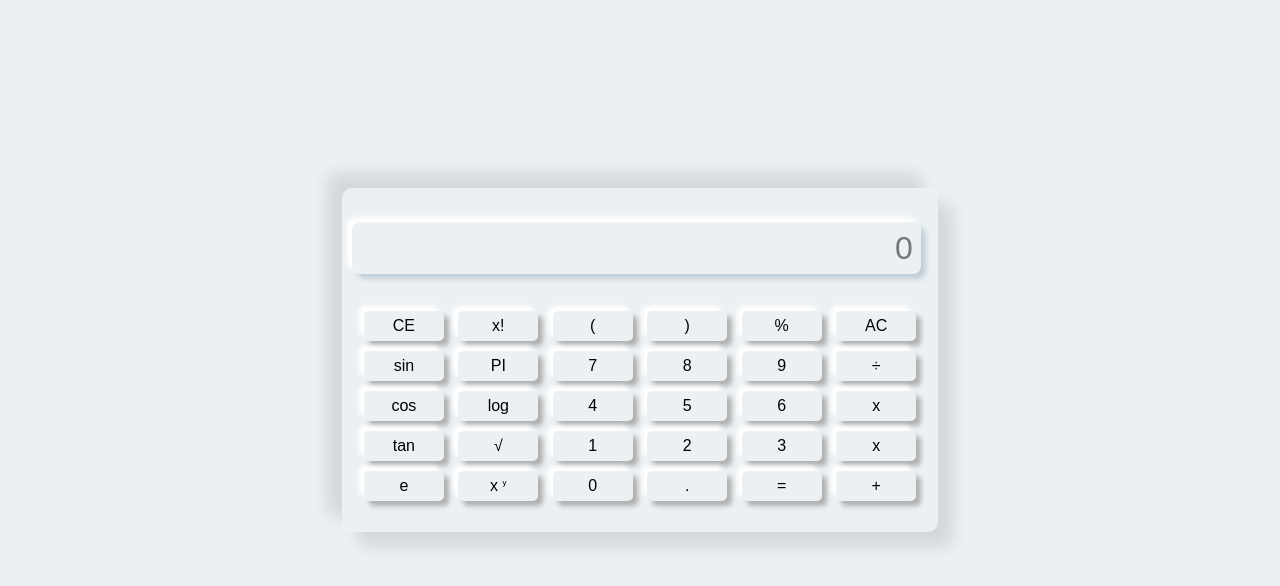
Repository: Haakim19/Scientific-Calculator
Page: intex.html
These files come from the project's save history. The page is drawn as it stood at one moment and after a run of saves; the edit follows.
The browser window is 1280 px wide. The pictures show the whole page.

Above is the page before, as saved 2024-10-27 12:46:06.

### intex.html
<!DOCTYPE html>
<html lang="en">
<head>
    <meta charset="UTF-8">
    <meta name="viewport" content="width=device-width, initial-scale=1.0">
    <title>Scientific Calculator</title>
    <link rel="stylesheet" href="Style.css">
</head>
<body>
    <div class="container">
        <div class="display">
                <input type="text" id="screen" placeholder="0" >
        </div>
        <div class="btns">
            <div class="row">
                <button class="btn">CE</button>
                <button class="btn">x!</button>
                <button class="btn">(</button>
                <button class="btn">)</button>
                <button class="btn">%</button>
                <button class="btn">AC</button>
            </div>
            <div class="row">
                <button class="btn">sin</button>
                <button class="btn">PI</button>
                <button class="btn">7</button>
                <button class="btn">8</button>
                <button class="btn">9</button>
                <button class="btn">÷</button>
            </div>
            <div class="row">
                <button class="btn">cos</button>
                <button class="btn">log</button>
                <button class="btn">4</button>
                <button class="btn">5</button>
                <button class="btn">6</button>
                <button class="btn">x</button>
            </div>
            <div class="row">
                <button class="btn">tan</button>
                <button class="btn">√</button>
                <button class="btn">1</button>
                <button class="btn">2</button>
                <button class="btn">3</button>
                <button class="btn">x</button>
            </div>
            <div class="row">
                <button class="btn">e</button>
                <button class="btn">x <sup style="font-size: 0.5rem;">y</sup></button>
                <button class="btn">0</button>
                <button class="btn">.</button>
                <button class="btn">=</button>
                <button class="btn">+</button>
            </div>
        </div>
</body>

</html>

### Style.css
body{
    /* background-color: #f0f0f0; */
    font-family: Arial, sans-serif;
    margin: 0;
    padding: 0;
    justify-content: center;
    align-items: center;
    display: flex;
    min-height: 100vh;
    background: #ecf0f3;
}

.container{
    width: 45%;
    height: 45vh;
    padding: 10px;
    border-radius: 10px;
    box-shadow: 15px 15px 15px rgba(0, 0, 0, 0.1),
                -15px -15px 15px rgba(0, 0, 0, 0.1);
}
 /* #screen1{
    width: 97%;
    height: 70px;
    border: none;
    outline: none;
    text-align: right;
    padding-right: 0.5rem;
    margin-top: 1.5rem;
    font-size: 2em;
    border-radius: 8px;
    background:#ecf0f3;
    box-shadow: inset 5px 5px 5px rgba(0, 0, 0, 0.2),
                inset -5px -5px 5px rgba(0, 0, 0, 0.1);

} */
.display #screen{
    width: 97%;
    height: 50px;
    border: none;
    outline: none;
    text-align: right;
    padding-right: 0.5rem;
    margin-top: 1.5rem;
    font-size: 2em;
    border-radius: 8px;
    background:#ecf0f3;
    display: flex;
    flex-direction: column;
    box-shadow: 5px 5px 5px #c1cfda,
                -5px -5px 5px #ffffff;
}

.btns {
    width: 100%;
    cursor: pointer;
    display: flex;
    justify-content: center;
    align-items: center;
    /* border-radius: 5px; */
    margin-top: 2rem;
    flex-direction: column;
}
.btns .row button{
    width: 80px;
    height: 30px;
    margin: 5px;
    border: none;
    outline: none;
    font-size:16px;
    border-radius: 5px;
    cursor: pointer;
    background: #ecf0f3;
    box-shadow: 5px 5px 5px #afafaf,
                -5px -5px 5px #ffffff;
}

After the next 2 saves:
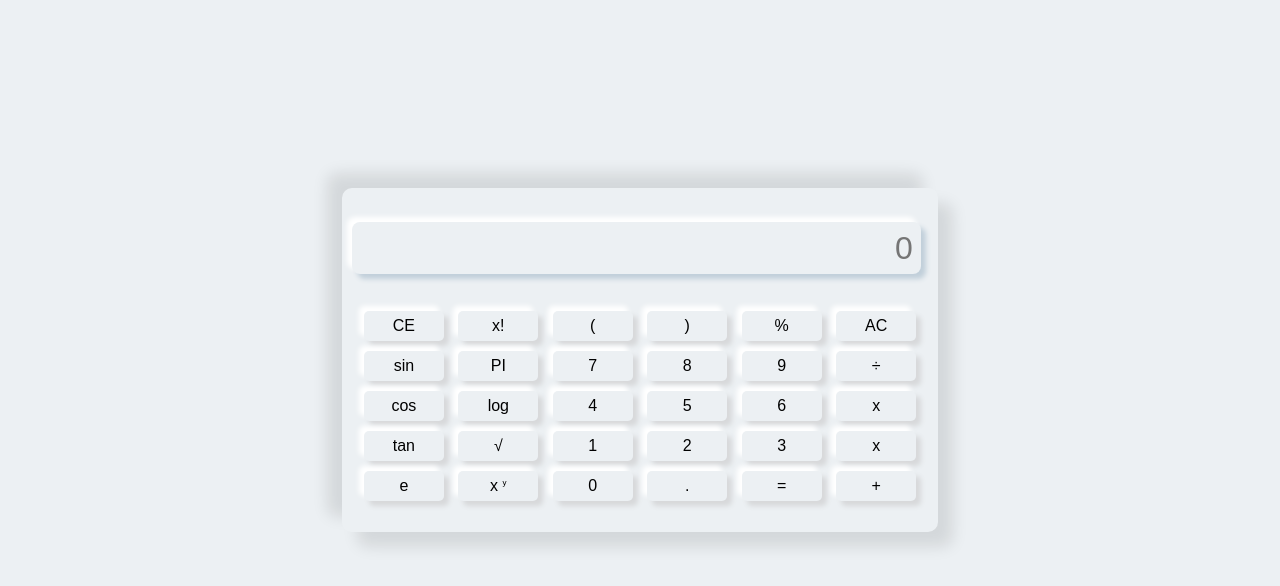
The 2 saves are shown as one change because they came seconds apart.
The last was saved 8 s later.
--- a/Style.css
+++ b/Style.css
@@ -70,6 +70,6 @@ body{
     border-radius: 5px;
     cursor: pointer;
     background: #ecf0f3;
-    box-shadow: 5px 5px 5px #afafaf,
+    box-shadow: 5px 5px 5px #d7d8da,
                 -5px -5px 5px #ffffff;
 }
